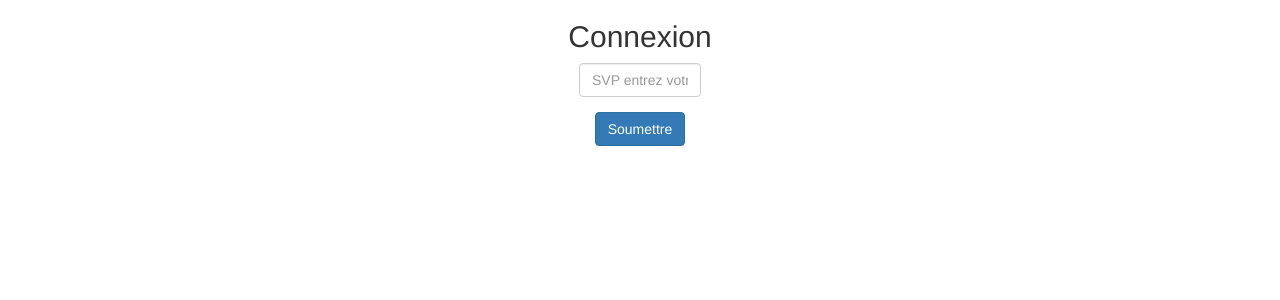
Repository: Caleb-St/CabinetMedical
Page: http://localhost/main.php
The author's editor kept a copy of each file at every save. The page is drawn from the files as they stood at one save, then again after the next save.
The browser window is 1280 px wide. The pictures show the whole page.
The page is run by PHP 8.4 with error messages shown; the project is at /var/www/html/.

Above is the page before, as saved 2016-04-11 00:40:24.

### dbphp/main.php
<?php
/* Point of entry for the web app (login page) */
include("Header.php"); //contains HTML head data
session_start();
?>
<!DOCTYPE HTML>
<html>
<head>
<meta charset="utf-8" />
<style>
.error {color: #FF0000;}
</style>
</head>
<body>
<div class="col-md-6 col-md-offset-3">
<form class="form-signin" align="center" method="post" action="/CabinetMedical/dbphp/connectDB.php">
	 	<h2>Connexion</h2>
		<div class="form-group" align="center">
			<input class ="form-control" type="text" style="width:20%;" placeholder="SVP entrez votre ID" name="userID">
		</div>
	    <button type="submit" class="btn btn-primary" name="submit">Soumettre</button>

</form>
</div>
<span class="error"><?php if(isset($_SESSION["loginerror"])) { $_SESSION["loginerror"]; } ?></span>
</body>
</html>

### dbphp/Header.php
<?php setlocale(LC_ALL, "fr_CA.UTF-8","fra"); ?>
<!DOCTYPE html>
<html lang="en">
<head>
<!-- Latest compiled and minified CSS -->
<link rel="stylesheet" href="http://maxcdn.bootstrapcdn.com/bootstrap/3.3.6/css/bootstrap.min.css">

<!-- jQuery library -->
<script src="https://ajax.googleapis.com/ajax/libs/jquery/1.12.0/jquery.min.js"></script>

<!-- Latest compiled JavaScript -->
<script src="http://maxcdn.bootstrapcdn.com/bootstrap/3.3.6/js/bootstrap.min.js"></script>
<meta charset="utf-8" />
</head>

After the next save:
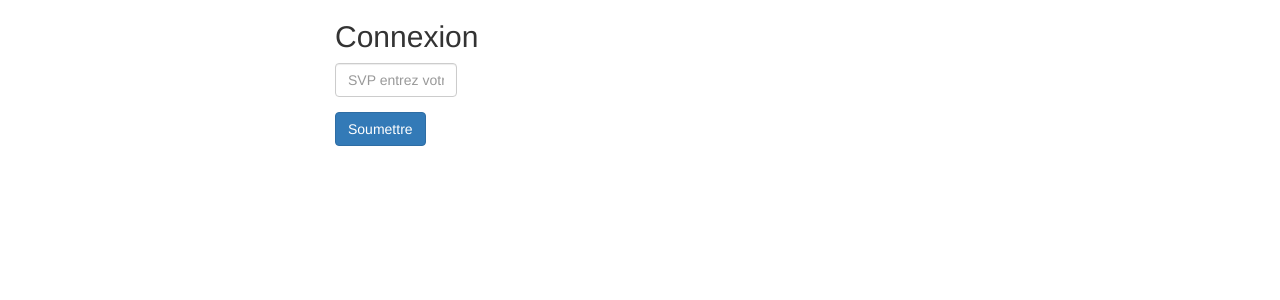
Saved 25 s later.
--- a/dbphp/main.php
+++ b/dbphp/main.php
@@ -13,9 +13,9 @@ session_start();
 </head>
 <body>
 <div class="col-md-6 col-md-offset-3">
-<form class="form-signin" align="center" method="post" action="/CabinetMedical/dbphp/connectDB.php">
+<form class="form-signin" method="post" action="/CabinetMedical/dbphp/connectDB.php">
 	 	<h2>Connexion</h2>
-		<div class="form-group" align="center">
+		<div class="form-group">
 			<input class ="form-control" type="text" style="width:20%;" placeholder="SVP entrez votre ID" name="userID">
 		</div>
 	    <button type="submit" class="btn btn-primary" name="submit">Soumettre</button>
